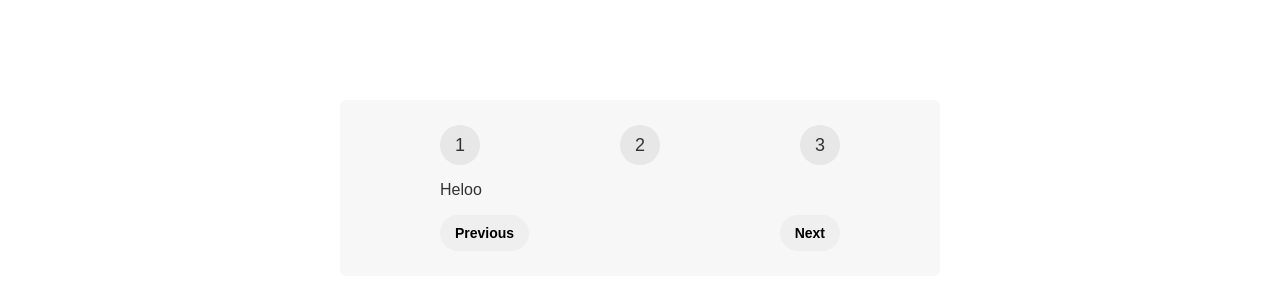
Repository: ahmedharidy/State-React-Practice
Page: /
An editor plug-in stored every save of this project. The page is shown before and after a run of saves, followed by the edit.
The browser window is 1280 px wide. The pictures show the whole page.
The project was rebuilt for these pictures with package versions that can differ from the ones it lists, and the page was loaded fresh each time.

Above is the page before, as saved 2026-09-25 11:08:23.

### src/App.js
export default function App() {
  return (
    <div className="steps">
      <div className="numbers">
        <div>1</div>
        <div>2</div>
        <div>3</div>
      </div>

      <p className="meddage">Heloo</p>

      <div className="buttons">
        <button>Previous</button>
        <button>Next</button>
      </div>
    </div>
  );
}

Loaded but not shown: public/index.html (common file); src/index.js (common file); src/index.css (common file)

After the next 2 saves:
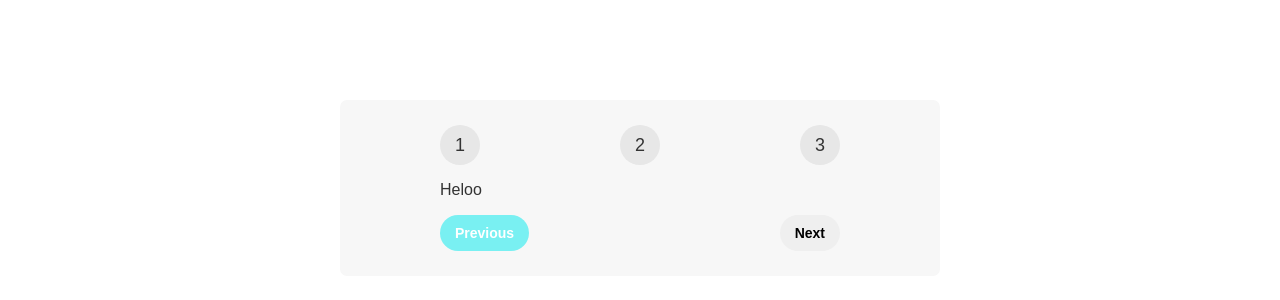
The 2 saves are shown as one change because 1 did not build or start.
The last was saved 63 s later.
--- a/src/App.js
+++ b/src/App.js
@@ -10,7 +10,9 @@ export default function App() {
       <p className="meddage">Heloo</p>
 
       <div className="buttons">
-        <button>Previous</button>
+        <button style={{ backgroundColor: "#79f0f2", color: "#fff" }}>
+          Previous
+        </button>
         <button>Next</button>
       </div>
     </div>
